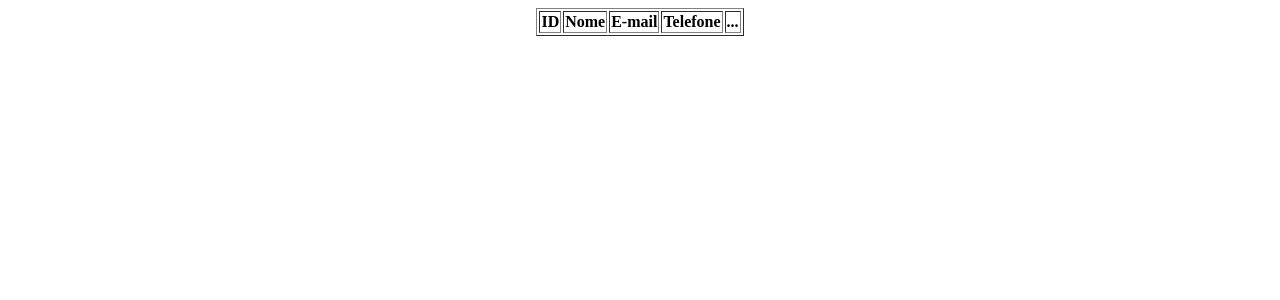
Repository: Daniel5894/DesenvolvimentoWC
Page: http://localhost/Aula1/ListarPessoasServlet
An editor plug-in stored every save of this project. The page is shown before and after the next save, followed by the edit.
The browser window is 1280 px wide. The pictures show the whole page.
The page is served by Tomcat 9. Other server files are loaded and not shown. Queries for data that is not in the repository find no rows.

Above is the page before, as saved 2019-09-04 21:58:13.

### Daniel/Aula1/WebContent/listarPessoas.jsp
<?xml version="1.0" encoding="ISO-8859-1" ?>

<%@ page language="java" contentType="text/html; charset=ISO-8859-1"
    pageEncoding="ISO-8859-1"%>

<%@ page import="java.util.*, model.Pessoa" %>

<!DOCTYPE html PUBLIC "-//W3C//DTD XHTML 1.0 Transitional//EN" "http://www.w3.org/TR/xhtml1/DTD/xhtml1-transitional.dtd">

<html xmlns="http://www.w3.org/1999/xhtml">
<head>
<meta http-equiv="Content-Type" content="text/html; charset=ISO-8859-1" />
<title>Listagem de Pessoas</title>
</head>
<body>
  <div align="center">
   <table border="1">
   <tr>
    <th>ID</th>
    <th>Nome</th>
    <th>E-mail</th>
    <th>Telefone</th>
    <th>...</th>
   </tr>
   <%
      List<Pessoa> pessoas = (List<Pessoa>) request.getAttribute("listaPessoas");
      //for(Iterator i = pessoas.iterator(); i.hasNext();){
    	  //Pessoa p = (Pessoa)i.next();
    	  for (Pessoa p : pessoas)
    	  {
    %>
          <tr>
            <td>
            <%= p.getId()%>
            </td>
            <td>
            <%= p.getNome()%>
            </td>
            <td>
            <%= p.getEmail()%>
            </td>
            <td>
            <%= p.getTelefone()%>
            </td>
          </tr>
          <%
    	  }
          %>
   </table>
   </div>
</body>
</html>

### Daniel/Aula1/src/control/ListarPessoasServlet.java
package control;

import java.io.IOException;
import java.sql.Connection;
import java.util.List;

import javax.servlet.RequestDispatcher;
import javax.servlet.ServletException;
import javax.servlet.annotation.WebServlet;
import javax.servlet.http.HttpServlet;
import javax.servlet.http.HttpServletRequest;
import javax.servlet.http.HttpServletResponse;

import dao.PessoaDAO;
import model.Pessoa;
import util.FabricaConexao;

/**
 * Servlet implementation class ListarPessoasServlet
 */
@WebServlet("/ListarPessoasServlet")
public class ListarPessoasServlet extends HttpServlet {
	private static final long serialVersionUID = 1L;

    /**
     * @see HttpServlet#HttpServlet()
     */
    public ListarPessoasServlet() {
        super();
        // TODO Auto-generated constructor stub
    }

	/**
	 * @see HttpServlet#doGet(HttpServletRequest request, HttpServletResponse response)
	 */
	protected void doGet(HttpServletRequest request, HttpServletResponse response) throws ServletException, IOException
	{
		try
		{
			FabricaConexao fabrica = new FabricaConexao();
			Connection conexao = fabrica.fazerConexao();

			PessoaDAO dao = new PessoaDAO(conexao);

			List<Pessoa> listaPessoas = dao.listarTodos();
			request.setAttribute("listaPessoas", listaPessoas);

			RequestDispatcher despachante = request.getRequestDispatcher("/listarPessoas.jsp");
			despachante.forward(request, response);
		}
		catch (Exception e)
		{
			e.printStackTrace();
		}
	}

	/**
	 * @see HttpServlet#doPost(HttpServletRequest request, HttpServletResponse response)
	 */
	protected void doPost(HttpServletRequest request, HttpServletResponse response) throws ServletException, IOException {
		// TODO Auto-generated method stub
		doGet(request, response);
	}

}

### Daniel/Aula1/src/util/FabricaConexao.java
package util;

import java.sql.Connection;
import java.sql.DriverManager;

public class FabricaConexao
{

	private Connection conexao;

	public Connection fazerConexao()
	{
		try
		{
			Class.forName("com.mysql.jdbc.Driver");
			this.conexao = DriverManager.getConnection(
					"jdbc:mysql://localhost:3306/aulaweb",
					"root",
					""
					);
		} catch (Exception e)
		  {
			e.printStackTrace();
		  }
		return this.conexao;
	}
	public void fecharConexao()
	{
		try
		{
			this.conexao.close();
		}
		catch (Exception e)
		{
			e.printStackTrace();
		}
	}
}

### Daniel/Aula1/src/dao/PessoaInDAO.java
package dao;

import java.sql.SQLException;
import java.util.List;

import model.Pessoa;

public interface PessoaInDAO
{
  void Inserir(Pessoa _objeto) throws SQLException;

  List<Pessoa> listarTodos() throws SQLException;

  Boolean Excluir(int _id) throws SQLException;

  Boolean Atualizar(Pessoa _objeto) throws SQLException;

  Pessoa buscarPorId(int _id) throws SQLException;
}

### Daniel/Aula1/src/dao/PessoaDAO.java
package dao;

import java.sql.Connection;
import java.sql.SQLException;
import java.util.ArrayList;
import java.util.List;

import java.sql.PreparedStatement;
import java.sql.ResultSet;

import model.Pessoa;

public class PessoaDAO implements PessoaInDAO
{
      private Connection conexao = null;

      public PessoaDAO(Connection _conn)
      {
    	  this.conexao = _conn;
      }

	@Override
	public void Inserir(Pessoa _objeto) throws SQLException {

      String SQL = "insert into pessoa (nome, email, tel) values (?,?,?)";

      PreparedStatement ps = this.conexao.prepareStatement(SQL);

      ps.setString(1, _objeto.getNome());
      ps.setString(2, _objeto.getEmail());
      ps.setString(3, _objeto.getTelefone());

      ps.execute();
	}

	@Override
	public List<Pessoa> listarTodos() throws SQLException {

		List<Pessoa> pessoas = new ArrayList<Pessoa>();
		ResultSet rs = null;

		String SQL = "select id, nome, email, tel from pessoa";

		PreparedStatement ps = this.conexao.prepareStatement(SQL);

		rs = ps.executeQuery();

		while (rs.next())
		{
			int id = rs.getInt(1);
			String nome = rs.getString(2);
			String email = rs.getString(3);
			String telefone = rs.getString(4);

			Pessoa p = new Pessoa (id, nome, email, telefone);

			pessoas.add(p);

			/*Pessoa p = new Pessoa();

			p.setId(rs.getInt(1));
			p.setNome(rs.getString(2));
			p.setEmail(rs.getString(3));

			pessoas.add(p); */

		}

		return pessoas;
	}

	@Override
	public Boolean Excluir(int _id) throws SQLException
	{
		String SQL = "DELETE FROM pessoa WHERE id = ?";

		PreparedStatement ps = this.conexao.prepareStatement(SQL);

		ps.setInt (1, _id);

		return ps.execute();
	}

	@Override
	public Boolean Atualizar(Pessoa _objeto) throws SQLException
	{
        String SQL = "UPDATE pessoa SET nome = ? , email = ?, tel = ? WHERE id =?";

		PreparedStatement ps = this.conexao.prepareStatement(SQL);

		ps.setString (1, _objeto.getNome());
		ps.setString (2, _objeto.getEmail());
		ps.setString (3, _objeto.getTelefone());

		ps.setInt (4, _objeto.getId());

		return ps.execute();
	}

	@Override
	public Pessoa buscarPorId(int _id) throws SQLException
	{
        ResultSet rs = null;
        Pessoa p = null;

		String SQL = "SELECT id, nome, email, tel FROM pessoa WHERE id =?";

		PreparedStatement ps = this.conexao.prepareStatement(SQL);

		rs = ps.executeQuery();

		if (rs.next())
		{
			int id = rs.getInt(1);
			String nome = rs.getString(2);
			String email = rs.getString(3);
			String telefone = rs.getString(4);

			p = new Pessoa (id, nome, email, telefone);
         }
		return p;
	}
}

After the next save:
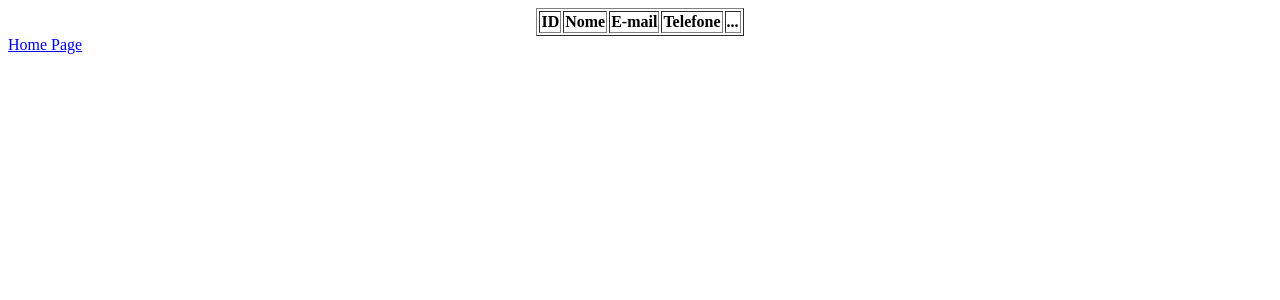
Saved 9 min 44 s later.
--- a/Daniel/Aula1/WebContent/listarPessoas.jsp
+++ b/Daniel/Aula1/WebContent/listarPessoas.jsp
@@ -48,5 +48,6 @@
           %>
    </table>
    </div>
+   <a href="index.jsp">Home Page</a>
 </body>
 </html>
